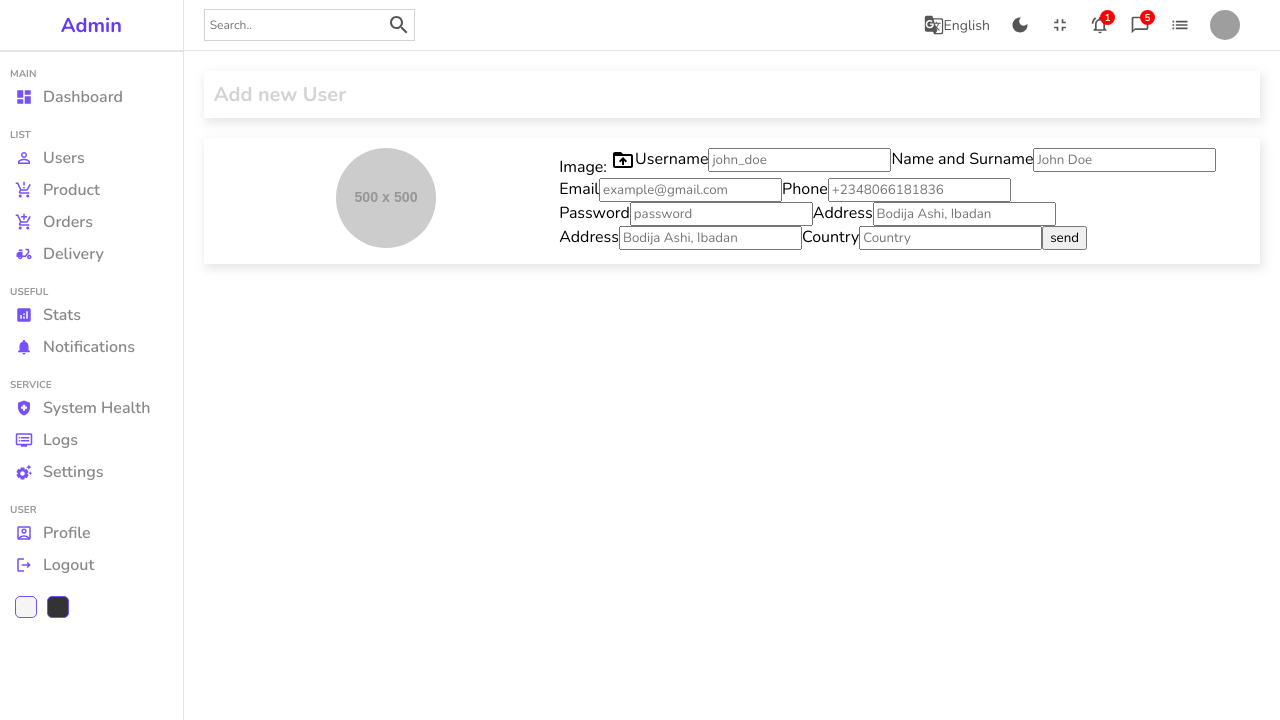
Repository: maescode/simple-react-admin-dashboard
Page: /users/new
An editor plug-in stored every save of this project. The page is shown before and after the next save, followed by the edit.
The browser window is 1280 px wide. The pictures show the whole page.
Pictures or frames that could not be fetched are drawn as grey boxes. The project was rebuilt for these pictures with package versions that can differ from the ones it lists, and the page was loaded fresh each time. Also part of the build but not shown: src/App.css, src/pages/home/home.scss, src/pages/components/widget/widget.scss, src/pages/components/widget/Widget.jsx, src/pages/components/featured/featured.scss, src/pages/components/featured/Featured.jsx, src/pages/components/chart/chart.scss, src/pages/components/chart/Chart.jsx and 11 more.

Above is the page before, as saved 2022-08-10 06:02:30.

### public/index.html
<!DOCTYPE html>
<html lang="en">
  <head>
    <meta charset="utf-8" />
    <link rel="icon" href="%PUBLIC_URL%/favicon.ico" />
    <meta name="viewport" content="width=device-width, initial-scale=1" />
    <meta name="theme-color" content="#000000" />
    <meta
      name="description"
      content="Web site created using create-react-app"
    />
    <link rel="apple-touch-icon" href="%PUBLIC_URL%/logo192.png" />
    <link rel="manifest" href="%PUBLIC_URL%/manifest.json" />
    <link rel="preconnect" href="https://fonts.googleapis.com" />
    <link rel="preconnect" href="https://fonts.gstatic.com" crossorigin />
    <link
      href="https://fonts.googleapis.com/css2?family=Nunito:ital,wght@0,200;0,300;0,400;0,500;0,600;0,700;0,800;1,500&display=swap"
      rel="stylesheet"
    />
    <style>
      * {
        font-family: Nunito;
        margin: 0;
      }
    </style>
    <title>Dashboard</title>
  </head>
  <body>
    <noscript>You need to enable JavaScript to run this app.</noscript>
    <div id="root"></div>
  </body>
</html>

### src/App.js
import { BrowserRouter, Routes, Route, Link } from 'react-router-dom';
import './App.css';
import Home from './pages/home/Home';
import Login from './pages/login/Login';
import List from './pages/list/List';
import New from './pages/new/New';
import Single from './pages/single/Single';

function App() {
  return (
    <>
      <BrowserRouter>
        <Routes>
          <Route path="/">
            <Route index element={<Home />} />
            <Route path="login" element={<Login />} />
            <Route path="users">
              <Route index element={<List />} />
              <Route path=":userId" element={<Single />} />
              <Route path="new" element={<New />} />
            </Route>
            <Route path="products">
              <Route index element={<List />} />
              <Route path=":productsId" element={<Single />} />
              <Route path="new" element={<New />} />
            </Route>
          </Route>
        </Routes>
      </BrowserRouter>
    </>
  );
}

export default App;

### src/pages/new/New.jsx
import React from 'react';
import Navbar from '../components/navbar/Navbar';
import Sidebar from '../components/sidebar/Sidebar';
import Datatable from '../components/datatable/Datatable';
import Chart from '../components/chart/Chart';
import DriveFolderUploadIcon from '@mui/icons-material/DriveFolderUpload';

import './new.scss';

const New = () => {
  return (
    <div className="new">
      <Sidebar />
      <div className="newContainer">
        <Navbar />
        <div className="top">
          <h1>Add new User</h1>
        </div>
        <div className="bottom">
          <div className="left">
            <img
              src="http://dummyimage.com/500x500.png/dddddd/000000"
              alt="alt"
            />
          </div>
          <div className="right">
            <form className="form">
              <div className="formInput">
                <label htmlFor="file">
                  Image: <DriveFolderUploadIcon className="icon" />
                </label>
                <input
                  type="file"
                  name="file"
                  id="file"
                  style={{ display: 'none' }}
                />
              </div>

              <div className="formInput">
                <label>Username</label>
                <input type="text" name="username" placeholder="john_doe" />
              </div>

              <div className="formInput">
                <label>Name and Surname</label>
                <input
                  type="text"
                  name="name_and_surname"
                  placeholder="John Doe"
                />
              </div>

              <div className="formInput">
                <label>Email</label>
                <input
                  type="email"
                  name="email"
                  placeholder="example@gmail.com"
                />
              </div>

              <div className="formInput">
                <label>Phone</label>
                <input type="text" name="phone" placeholder="+2348066181836" />
              </div>

              <div className="formInput">
                <label>Password</label>
                <input type="password" name="password" placeholder="password" />
              </div>

              <div className="formInput">
                <label>Address</label>
                <input
                  type="text"
                  name="address"
                  placeholder="Bodija Ashi, Ibadan"
                />
              </div>

              <div className="formInput">
                <label>Address</label>
                <input
                  type="text"
                  name="address"
                  placeholder="Bodija Ashi, Ibadan"
                />
              </div>

              <div className="formInput">
                <label>Country</label>
                <input type="text" name="country" placeholder="Country" />
              </div>

              <button>send</button>
            </form>
          </div>
        </div>
      </div>
    </div>
  );
};

export default New;

### src/pages/components/sidebar/Sidebar.jsx
import React from 'react';
import './sidebar.scss';
import DashboardIcon from '@mui/icons-material/Dashboard';
import PersonOutlineOutlinedIcon from '@mui/icons-material/PersonOutlineOutlined';
import ProductionQuantityLimitsOutlinedIcon from '@mui/icons-material/ProductionQuantityLimitsOutlined';
import LogoutOutlinedIcon from '@mui/icons-material/LogoutOutlined';
import AccountBoxOutlinedIcon from '@mui/icons-material/AccountBoxOutlined';
import AddShoppingCartIcon from '@mui/icons-material/AddShoppingCart';
import DeliveryDiningIcon from '@mui/icons-material/DeliveryDining';
import AnalyticsIcon from '@mui/icons-material/Analytics';
import NotificationsIcon from '@mui/icons-material/Notifications';
import HealthAndSafetyIcon from '@mui/icons-material/HealthAndSafety';
import DvrIcon from '@mui/icons-material/Dvr';
import SettingsSuggestIcon from '@mui/icons-material/SettingsSuggest';
const Sidebar = () => {
  return (
    <div className="sidebar">
      <div className="top">
        <span className="logo">Admin</span>
      </div>
      <hr />
      <div className="center">
        <ul>
          <p className="title">MAIN</p>
          <li>
            <DashboardIcon className="icon" />
            <span>Dashboard</span>
          </li>
          <p className="title">LIST</p>
          <li>
            <PersonOutlineOutlinedIcon className="icon" />
            <span>Users</span>
          </li>
          <li>
            <ProductionQuantityLimitsOutlinedIcon className="icon" />
            <span>Product</span>
          </li>
          <li>
            <AddShoppingCartIcon className="icon" />
            <span>Orders</span>
          </li>
          <li>
            <DeliveryDiningIcon className="icon" />
            <span>Delivery</span>
          </li>
          <p className="title">USEFUL</p>
          <li>
            <AnalyticsIcon className="icon" />
            <span>Stats</span>
          </li>
          <li>
            <NotificationsIcon className="icon" />
            <span>Notifications</span>
          </li>
          <p className="title">SERVICE</p>
          <li>
            <HealthAndSafetyIcon className="icon" />
            <span>System Health</span>
          </li>
          <li>
            <DvrIcon className="icon" />
            <span>Logs</span>
          </li>
          <li>
            <SettingsSuggestIcon className="icon" />
            <span>Settings</span>
          </li>
          <p className="title">USER</p>
          <li>
            <AccountBoxOutlinedIcon className="icon" />
            <span>Profile</span>
          </li>
          <li>
            <LogoutOutlinedIcon className="icon" />
            <span>Logout</span>
          </li>
        </ul>
      </div>
      <div className="bottom">
        <div className="colorOption"></div>
        <div className="colorOption"></div>
      </div>
    </div>
  );
};

export default Sidebar;

### src/pages/components/navbar/Navbar.jsx
import React from 'react';
import './navbar.scss';
import SearchIcon from '@mui/icons-material/Search';
import GTranslateIcon from '@mui/icons-material/GTranslate';
import DarkModeIcon from '@mui/icons-material/DarkMode';
import FullscreenExitIcon from '@mui/icons-material/FullscreenExit';
import NotificationsActiveOutlinedIcon from '@mui/icons-material/NotificationsActiveOutlined';
import ChatBubbleOutlineOutlinedIcon from '@mui/icons-material/ChatBubbleOutlineOutlined';
import ListOutlinedIcon from '@mui/icons-material/ListOutlined';

const Navbar = () => {
  return (
    <div className="navbar">
      <div className="wrapper">
        <div className="search">
          <input type="search" placeholder="Search.." className="" />
          <SearchIcon />
        </div>
        <div className="items">
          <div className="item">
            <GTranslateIcon className="icon" />
            English
          </div>
          <div className="item">
            <DarkModeIcon className="icon" />
          </div>
          <div className="item">
            <FullscreenExitIcon className="icon" />
          </div>
          <div className="item">
            <NotificationsActiveOutlinedIcon className="icon" />
            <div className="counter">1</div>
          </div>
          <div className="item">
            <ChatBubbleOutlineOutlinedIcon className="icon" />
            <div className="counter">5</div>
          </div>
          <div className="item">
            <ListOutlinedIcon className="icon" />
          </div>

          <div className="item">
            <img
              src={'https://picsum.photos/id/237/200/300'}
              className="avatar"
              alt="icon"
            />
          </div>
        </div>
      </div>
    </div>
  );
};

export default Navbar;

### src/pages/new/new.scss
.new {
  width: 100%;
  display: flex;

  .newContainer {
    flex: 6;

    .top,
    .bottom {
      padding: 10px;
      margin: 20px;
      -webkit-box-shadow: 2px 4px 10px 1px rgba(0, 0, 0, 0.47);
      box-shadow: 2px 4px 10px 1px rgba(201, 201, 201, 0.47);
      display: flex;

      h1 {
        color: lightgrey;
        font-size: 20px;
      }
    }

    .left {
      flex: 1;
      text-align: center;
      img {
        width: 100px;
        height: 100px;
        border-radius: 50%;
        object-fit: contain;
      }
    }
    .right {
      flex: 2;
      form {
        display: flex;
        flex-wrap: wrap;
      }

      //   form {
      //     display: flex;
      //     flex: wrap;
      //     gap: 20px;

      //     .formInput {
      //       width: 40%;

      //       input {
      //         width: 100%;
      //       }
      //     }
      //   }
    }
  }
}

### src/pages/components/sidebar/sidebar.scss
.sidebar {
  flex: 1;
  border-right: 0.5px solid rgb(230, 227, 227);
  min-height: 100vh;
  background-color: white;
  .top {
    height: 50px;
    display: flex;
    align-items: center;
    justify-content: center;

    .logo {
      font-size: 20px;
      font-weight: bold;
      color: #6439ff;
    }
  }

  hr {
    height: 0;
    border: 0.5px solid rgb(230, 227, 227);
  }

  .center {
    padding-left: 10px;
    ul {
      list-style: none;
      margin: 0;
      padding: 0;

      li {
        display: flex;
        align-items: center;
        padding: 5px;
        cursor: pointer;
        &:hover {
          background-color: #ece8ff;
        }

        .icon {
          font-size: 18px;
          color: #7451f8;
        }

        span {
          font: size 13px;
          font-weight: 600;
          color: #888;
          margin-left: 10px;
        }
      }

      .title {
        font-size: 10px;
        font-weight: bold;
        color: #999;
        margin-top: 15px;
      }
    }
  }

  .bottom {
    display: flex;
    align-items: center;
    margin: 10px;

    .colorOption {
      width: 20px;
      height: 20px;
      border-radius: 5px;
      border: 1px solid #7451f8;
      cursor: pointer;
      margin: 5px;

      &:nth-child(1) {
        background-color: whitesmoke;
      }
      &:nth-child(2) {
        background-color: #333;
      }
    }
  }
}

### src/pages/components/navbar/navbar.scss
.navbar {
  height: 50px;
  border-bottom: 0.5px solid rgb(231, 228, 228);
  display: flex;
  align-items: center;
  font-size: 14px;
  color: #555;

  .wrapper {
    width: 100%;
    display: flex;
    align-items: center;
    justify-content: space-between;
    padding: 20px;

    .search {
      display: flex;
      align-items: center;
      border: 0.5px solid lightgrey;
      padding: 3px;

      input {
        border: none;
        outline: none;
        background-color: transparent;

        &::placeholder {
          font-size: 12px;
        }
      }
    }

    .items {
      display: flex;
      align-items: center;

      .item {
        display: flex;
        align-items: center;
        margin-right: 20px;
        position: relative;
        cursor: pointer;

        .icon {
          font-size: 20px;
        }

        .avatar {
          width: 30px;
          height: 30px;
          border-radius: 100%;
        }
        .counter {
          background-color: red;
          width: 15px;
          height: 15px;
          border-radius: 100%;
          color: white;
          display: flex;
          align-items: center;
          justify-content: center;
          font-size: 10px;
          font-weight: bold;
          position: absolute;
          top: -5px;
          right: -5px;
        }
      }
    }
  }
}

Loaded but not shown: src/index.js (common file); src/index.css (common file); src/reportWebVitals.js (common file)

After the next save:
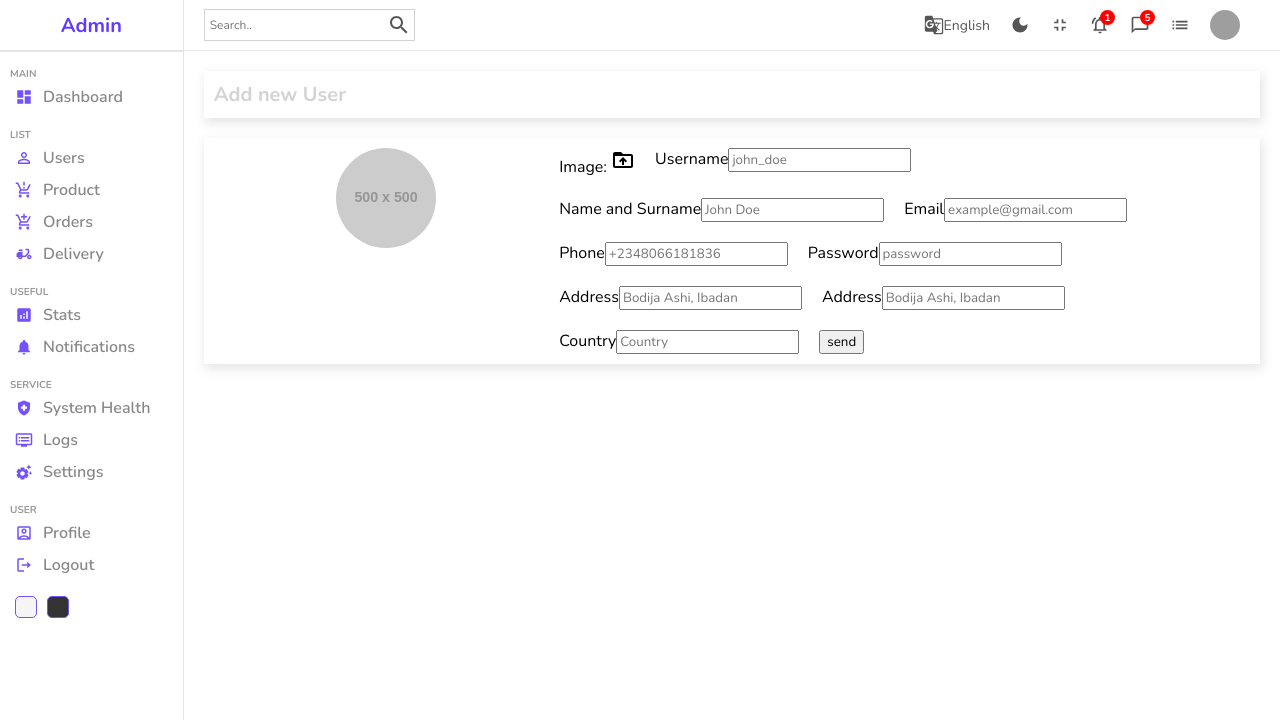
Saved 10 s later.
--- a/src/pages/new/new.scss
+++ b/src/pages/new/new.scss
@@ -34,12 +34,13 @@
       form {
         display: flex;
         flex-wrap: wrap;
+        gap: 20px;
       }
 
       //   form {
       //     display: flex;
       //     flex: wrap;
-      //     gap: 20px;
+      //
 
       //     .formInput {
       //       width: 40%;
